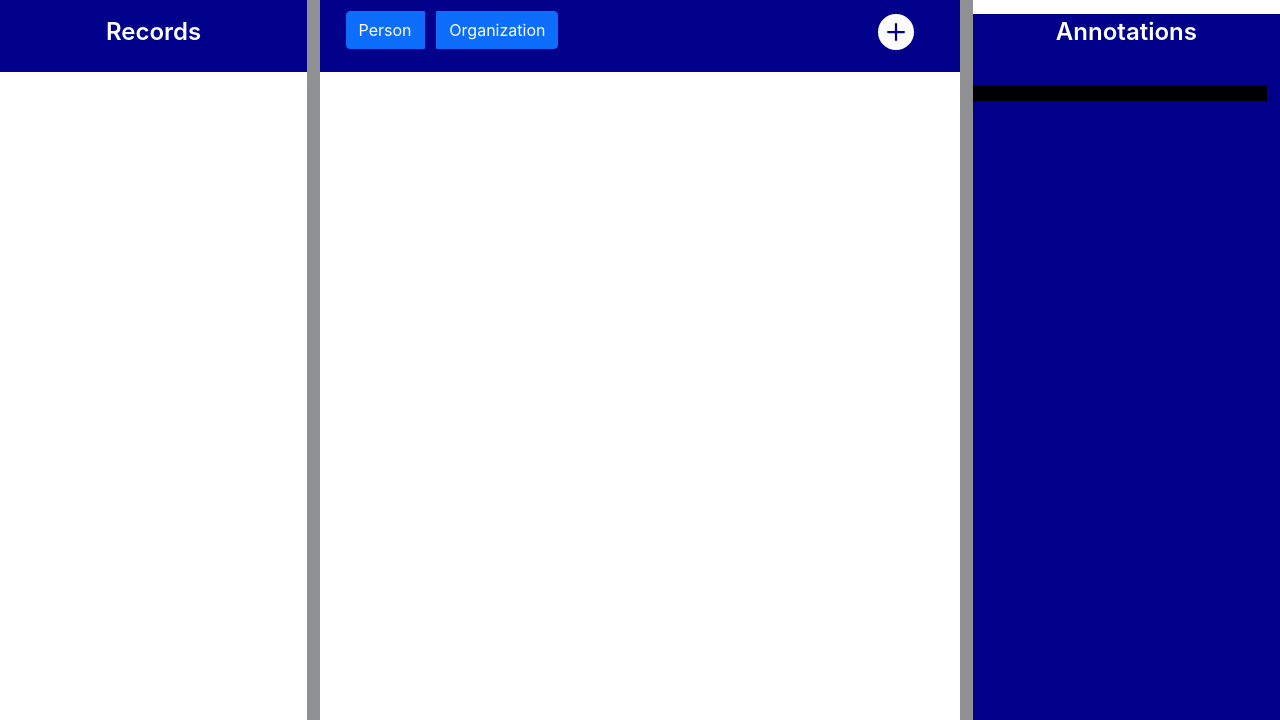
Repository: napan24/classforma_assignment
Page: / (app in client/)
The author's editor kept a copy of each file at every save. The page is drawn from the files as they stood at one save, then again after the next save.
The browser window is 1280 px wide. The pictures show the whole page.
The project was rebuilt for these pictures with package versions that can differ from the ones it lists, and the page was loaded fresh each time. Also part of the build but not shown: client/src/App.css.

Above is the page before, as saved 2022-07-20 14:46:59.

After the next save:
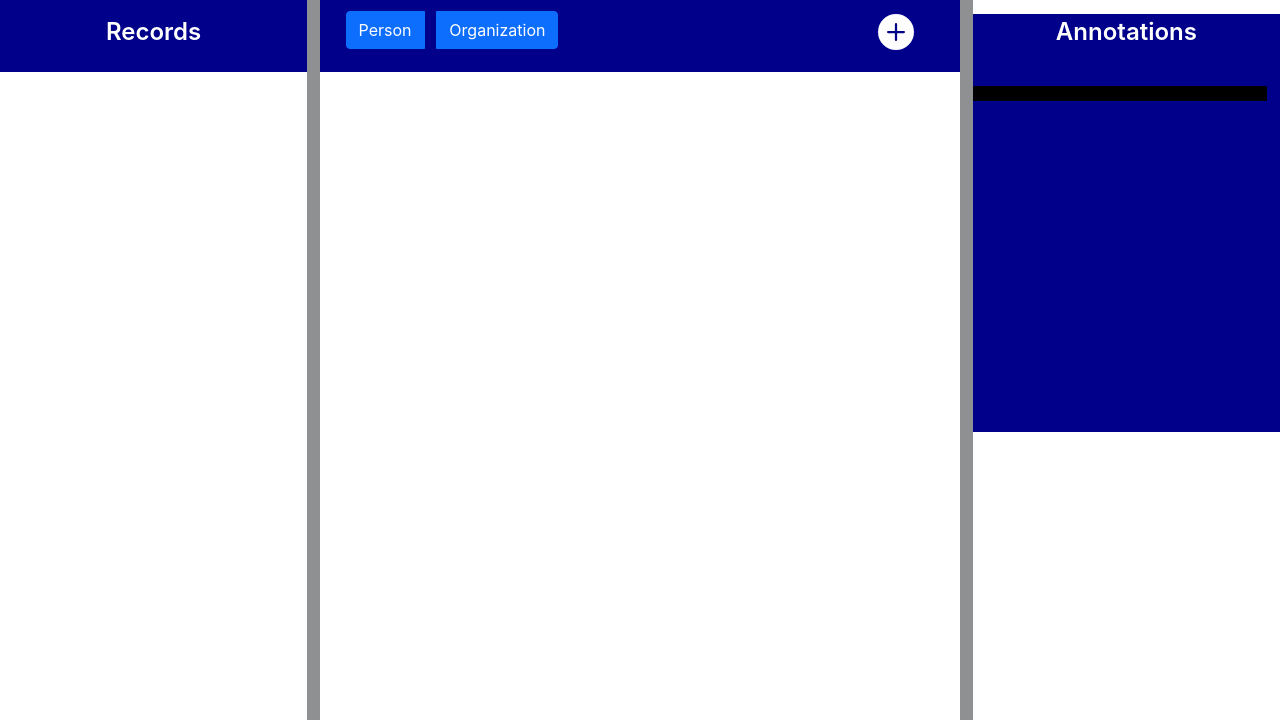
Saved 23 s later.
--- a/client/src/Home.js
+++ b/client/src/Home.js
@@ -82,7 +82,7 @@ const Home = () => {
                             Annotations
                         </p>
                     </div>
-                    <div style={{ width: "24vw", height: "88vh", backgroundColor: "#00008b", textAlign: 'center', fontSize: '150%', color: "white", fontWeight: "600", position: "fixed",overflowY:"scroll" }}>
+                    <div style={{ width: "24vw", height: "48vh", backgroundColor: "#00008b", textAlign: 'center', fontSize: '150%', color: "white", fontWeight: "600", position: "fixed",overflowY:"scroll" }}>
                     {personName && personName.map((user) => (
                         <div style={{width:"23vw",height:'2vh',backgroundColor:"black",color:"white",fontSize:"50%"}}>
                             {user}
